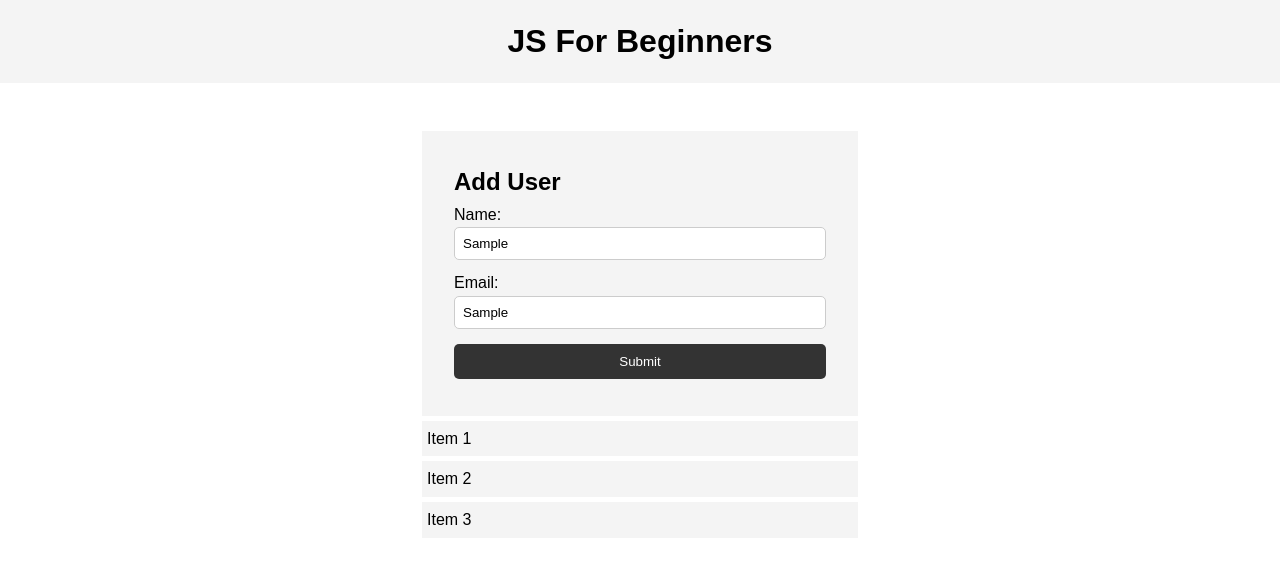
Repository: balkisys/FormationFullStackJS
Page: index.html
An editor plug-in stored every save of this project. The page is shown before and after the next save, followed by the edit.
The browser window is 1280 px wide. The pictures show the whole page.
Empty fields were first filled with sample values (such as "Sample", 5 or name@example.com).
After loading, the first visible `input.btn` was clicked once.

Above is the page before, as saved 2021-03-20 08:02:56.

### index.html
<!DOCTYPE html>
<html lang="en">
  <head>
    <meta charset="UTF-8" />
    <meta name="viewport" content="width=device-width, initial-scale=1.0" />
    <meta http-equiv="X-UA-Compatible" content="ie=edge" />
    <title>JS For Beginners</title>
    <link rel="stylesheet" href="style.css">
  </head>
  <body>
    <header>
      <h1>JS For Beginners</h1>
    </header>

    <section class="container">
      <form id="my-form">
        <h1>Add User</h1>
        <div class="msg"></div>
        <div>
          <label for="name">Name:</label>
          <input type="text" id="name">
        </div>
        <div>
          <label for="email">Email:</label>
          <input type="text" id="email">
        </div>
        <input class="btn" type="submit" value="Submit">
      </form>

      <ul id="users"></ul>

      <ul class="items">
        <li class="item">Item 1</li>
        <li class="item">Item 2</li>
        <li class="item">Item 3</li>
      </ul>
    </section>



    <script src="test.js">
    </script>
  </body>
</html>

### style.css
* {
    margin: 0;
    padding: 0;
    box-sizing: border-box;
}

body {
    font-family: Arial, Helvetica, sans-serif;
    line-height: 1.6;
}

ul {
    list-style: none;
}

ul li {
    padding: 5px;
    background: #f4f4f4;
    margin: 5px 0;
}

header {
    background: #f4f4f4;
    padding: 1rem;
    text-align: center;
}

.container {
    margin: auto;
    width: 500px;
    overflow: auto;
    padding: 3rem 2rem;
}

#my-form {
    padding: 2rem;
    background: #f4f4f4;
}

#my-form label {
    display: block;
}

#my-form input[type='text'] {
    width: 100%;
    padding: 8px;
    margin-bottom: 10px;
    border-radius: 5px;
    border: 1px solid #ccc;
}

.btn {
    display: block;
    width: 100%;
    padding: 10px 15px;
    border: 0;
    background: #333;
    color: #fff;
    border-radius: 5px;
    margin: 5px 0;
}

.btn:hover {
    background: #444;
}

.bg-dark {
    background: #333;
    color: #fff;
}

.error {
    background: orangered;
    color: #fff;
    padding: 5px;
    margin: 5px;
}

### test.js
//console.log('Hello world ');
//console.error('This is an error Test ');
//console.warn('this is a warning ');


//console.log(a);
 // let, const
//let age = 30;
//age = 15;
//console.log(age);

//const PI = 3.14;
//PI = 50;
//console.log(age);

//String , Numbers , Boolean , undefined , Objet

// let number = 14.5;
// var isCold = true;
// var X;
// var z = null;
// const y = undefined;
// console.log(typeof isCold);
// console.log(typeof y);
//x = 6;
//console.log(x);

// Concatenation
//const age = 30;
//const name = 'Ali ';
//console.log('My name is : ' + name + ' i am ' + age);
// Template literals (Template strings)
//const hello = `My name is ${name} and I am ${age} `;
//console.log(hello);
//const s = 'Hello Weekend';
//console.log(s.length);// property of JS
//console.log(s.toLowerCase());
//console.log(s.toUpperCase()); //methode pre JS

//console.log(s.substring(0, 5).toLocaleUpperCase());
//console.log(s.split(''));
//const c = 'technologie , computers , it , code , React ';
//console.log(c.split(','));
 // Array - vaiables that hold multiple values
// const numbers = new Array(1, 2, 3, 4, 5); // creation of an array with the constructor
// console.log(numbers);
// const fruits = ['apples', 'oranges', 1 , 2.2 , true];
// //console.log(fruits[4]); // first element
// //fruits[5] = 'hello';

// //fruits.push('mangos');

// //fruits.unshift('bbcc');
// //fruits.pop();
// //console.log(fruits);
// //console.log(Array.isArray('test'));

// console.log(fruits.indexOf('oranges'));// position of elements in the array

// const person = {
//     firstName: 'Johne',
//     age: 30,
//     hobbies: ['music', 'movies', 'sports'],
//     adress: {
//         street: ' 50 Main ',
//         city: 'Boston ',
//         state : 'MA'
//     }

// }
//console.log(person.age);

// distructuring to pull out object properties
// const { firstName, age, adress: { city } } = person;

// console.log(age);
// console.log(city);
// // we can add a property directly :
// person.email = 'Johne@gmail.com';
// console.log(person);
// Array of object  : object letrals
// const todos = [
//     {
//         id: 1,
//         text: 'Take JS cours ',
//         isCompleted : true
//     },
//      {
//         id: 2,
//         text: 'Take React cours ',
//         isCompleted : false
//     },
//       {
//         id: 3,
//         text: 'Take Node.js cours ',
//         isCompleted : false
//     }
// ]
// console.log(todos.length);

// const todoJSON = JSON.stringify(todos);
// console.log(todoJSON);

//FOR LOOP

//  for (let i = 0; i <= todos.length; i++){
//     console.log(todos[i]);
//     //console.log(`For Loop Number : ${i}`);
// }

// let i = 0;
// while (i < 5) {
//     console.log(`While Loop Number : ${i}`);
//     i ++;
// }
//ES6
// for (let item of todos) {
//     console.log(item);
// }
//Heigh Order Array Methods :
// forEach , Map , filter

// forEach  : just loops threw the array
// map : create new array from an array
// filter : create new array from an array based on condition

// ForEach
// todos.forEach(
//     function (todo) {
//     console.log(todo.text);
//     })

// ---------------------------------------------------- //

    //EL CODE ELI MENBA3D N7OTOU FI DRIVE
// const x = 4;
// const y = 11;
// if (x > 5 || y > 10) { // try ' && '
//     console.log('x is more than 5 or y is more than 10 ');
// }
// Functions
// function addNums(num1, num2) {
//     console.log(num1 + num2);

// }
// addNums(5, 4);
//addNums();// returns NaN (not a number that means it should return a number)
// other exp with setting default values for our parameters
// function addNums(num1 = 1 , num2 = 3) {
//     //console.log(num1 + num2); // usualy we don't console log somthing we return somthing from the function
//     return num1 + num2;
// }
// //addNums(); // it returns value because we have parametres with default value
// console.log(addNums(5, 5));

// Now with arrow functions it much better for code
// Arrow functions intreduced with ES6
// we transforme addNums function to arraow function
// const addNums = (num1 = 1, num2 = 1) => {
//     return num1 + num2;
// }
// if we have one expression  no other variable declaration we can juste write it in one ligne
// like that
// const addNums = (num1 = 1, num2 = 1) => console.log(num1 + num2);
// addNums(5, 50);
//  if we want to return somthing we simply don't write the 'return' key world
// const addNums = (num1 = 1, num2 = 1) => num1 + num2;
// console.log(addNums(5, 51));

// or if we have one parametre we delete the ()

// const addNums = num1 => num1 + 5;
// console.log(addNums(5000));
// usffull for  foreach

//todos.forEach((todo) => console.log(todo));

//OOP
// we have looked on Object litterals and distruction
//constructor function with prototypes and ES6 classes

// function Person(firstName, lastName, dob) {// we set them to properties of object
//     this.firstName = firstName;
//     this.lastName = lastName;
//     //this.dob = dob;
//     this.dob = new Date(dob);
//     // we can add methodes or function to this object
//     // this.getBirthYear = function () {
//     //     return this.dob.getFullYear();
//     // }
//     // this.getFullName = function () {
//     //     return `${this.firstName} ${this.lastName}`
//     // }
// }
// Person.prototype.getBirthYear = function () {
//     return this.dob.getFullYear();
// }
// Person.prototype.getFullName  = function () {
//      return `${this.firstName} ${this.lastName}`
// }
// // Instantiate object with constructor function
// const person1 = new Person('John', 'Doe', '4-3-1980');
// const person2 = new Person('Marry', 'Smith', '3-6-1970');
// console.log(person2.dob.getFullYear());// we can do alot of things with the Date methode
// // we have to talke about dates : now we pass date as string but in a good exp we have to declare Date()


// console.log(person1.getBirthYear());
// console.log(person1.getFullName());
// console.log(person1);// what i would like to do not have the functions with every object instance
// //  because we might not need to use this so we put the function in the prototype

// console.log(person2.getFullName());

// ES6 uses Classes syntaxed sugar easier to write and reed
// class Person {
//     constructor(firstName, lastName, dob) {// it's a methode inside class
//          this.firstName = firstName;
//          this.lastName = lastName;
//    //this.dob = dob;
//          this.dob = new Date(dob);
//     }
//     getBirthYear() {
//         return this.dob.getFullYear();
//     }
//     getFullName() {
//         return `${this.firstName} ${this.lastName}`;
//     }

// }
// const person1 = new Person('John', 'Doe', '4-3-1980');
// const person2 = new Person('Marry', 'Smith', '3-6-1970');
// console.log(person1.getFullName());
// console.log(person1);


// -----------------DOM---------------------------- //
// window object is the parent object of the browser : he have the alert function
//console.log(window);
//window.alert(1);
// talk about document function
// Single element
// const form = document.getElementById('my-form');
// // query selector is newer then getElementById : and works just like Jquery
// console.log(document.querySelector('.container'));

// console.log(form);
// console.log()
// // Multiple element
//console.log(document.querySelectorAll('.item')); //node list semilar to an array
// we can run array methods on it
// with querySelectorAll you can put any thing an id , class , a tag anything
//console.log(document.getElementsByClassName('item'));
//console.log(document.getElementsByTagName('li'));

//const items = document.querySelectorAll('.item');
//items.forEach((item) => console.log(item));
const ul = document.querySelector('.items');
//ul.remove();
// remove the last item

//ul.lastElementChild.remove();
//ul.firstElementChild.textContent = 'Hello';
// ul.children[1].innerText = 'John';
// ul.lastElementChild.innerHTML = '<h1> Hello</h1>';
const btn = document.querySelector('.btn');
//btn.style.background = 'red'; // we use that maybe in Functions for exp you click on somthing and that change the style or the color
// create an eventListner
// first parameter is the event the second is the function that you want to run
//when the btn clicked
btn.addEventListener('click', (e) => {
    //console.log('click');// show up very fast and gonne
    //the reasone is that's a submit button and when you submit a form and
    //actually submits to the file so we have to prevent the default behaivour and what we do :

    e.preventDefault();
    //console.log(click);
    //console.log(e); // e : is the submit object we see it in the console
    // we focus on target : give us the actual element
    //console.log(e.target);//give me the element that the event is on
    //console.log(e.target.className); // give you the class else we can have the id : e.target.id
    document.querySelector('#my-form').getElementsByClassName.background = '#ccc';



} );

After the next save:
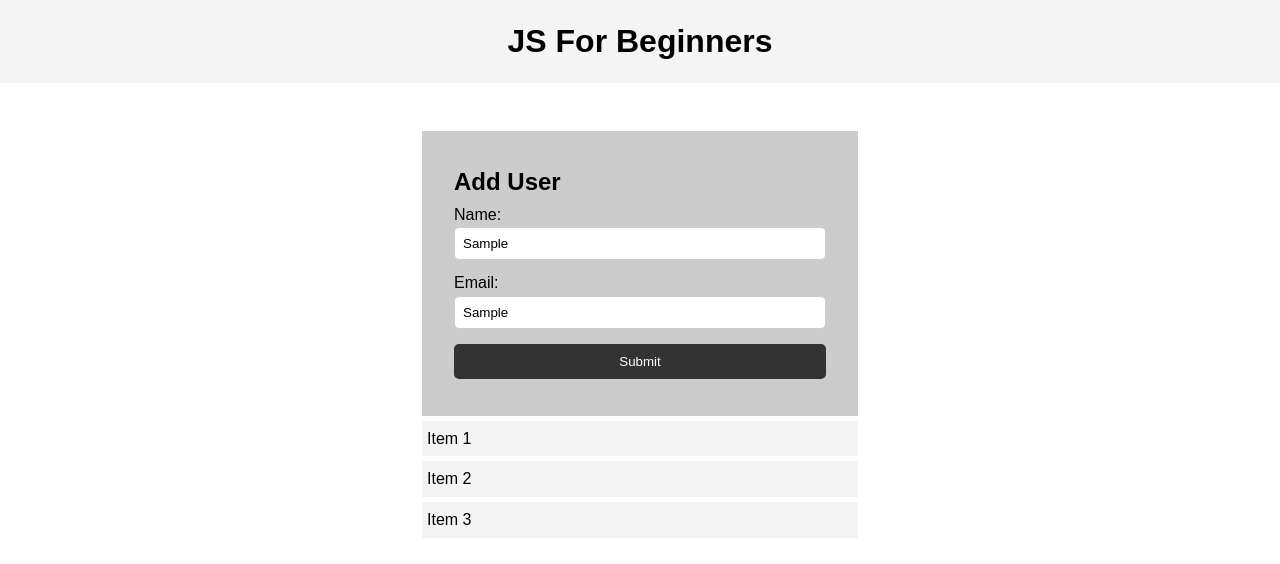
Saved 34 s later.
--- a/test.js
+++ b/test.js
@@ -279,7 +279,7 @@ btn.addEventListener('click', (e) => {
     // we focus on target : give us the actual element
     //console.log(e.target);//give me the element that the event is on
     //console.log(e.target.className); // give you the class else we can have the id : e.target.id
-    document.querySelector('#my-form').getElementsByClassName.background = '#ccc';
+    document.querySelector('#my-form').style.background = '#ccc';
 
 
 
